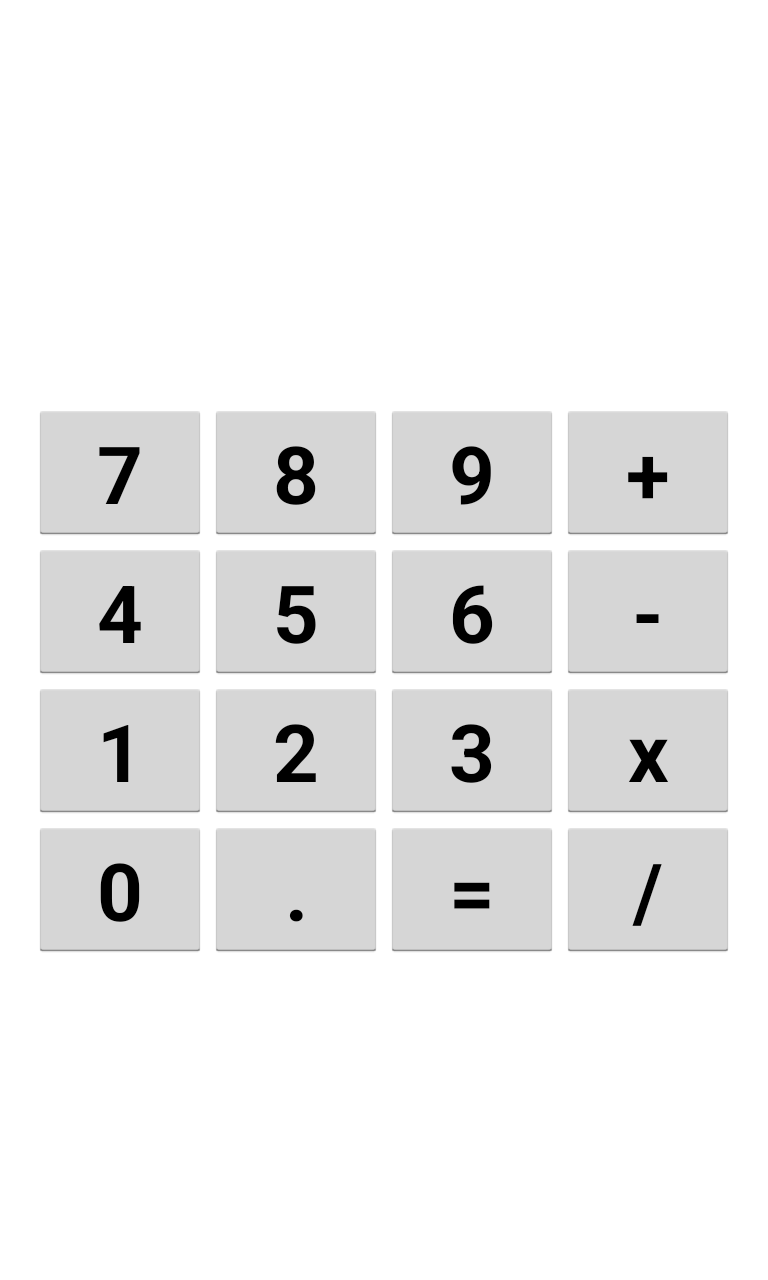
Repository: G3rcar/Android-I
Layout: SimpleCalculator/res/layout/activity_main.xml
These files come from the project's save history. The layout is drawn as it stood at one moment and after the next save; the edit follows.
It is drawn on a 768 x 1280 px phone screen (xhdpi) without system bars, with theme AppTheme; the app's code is not run.

Above is the layout before, as saved 2013-11-08 20:26:04.

After the next save:
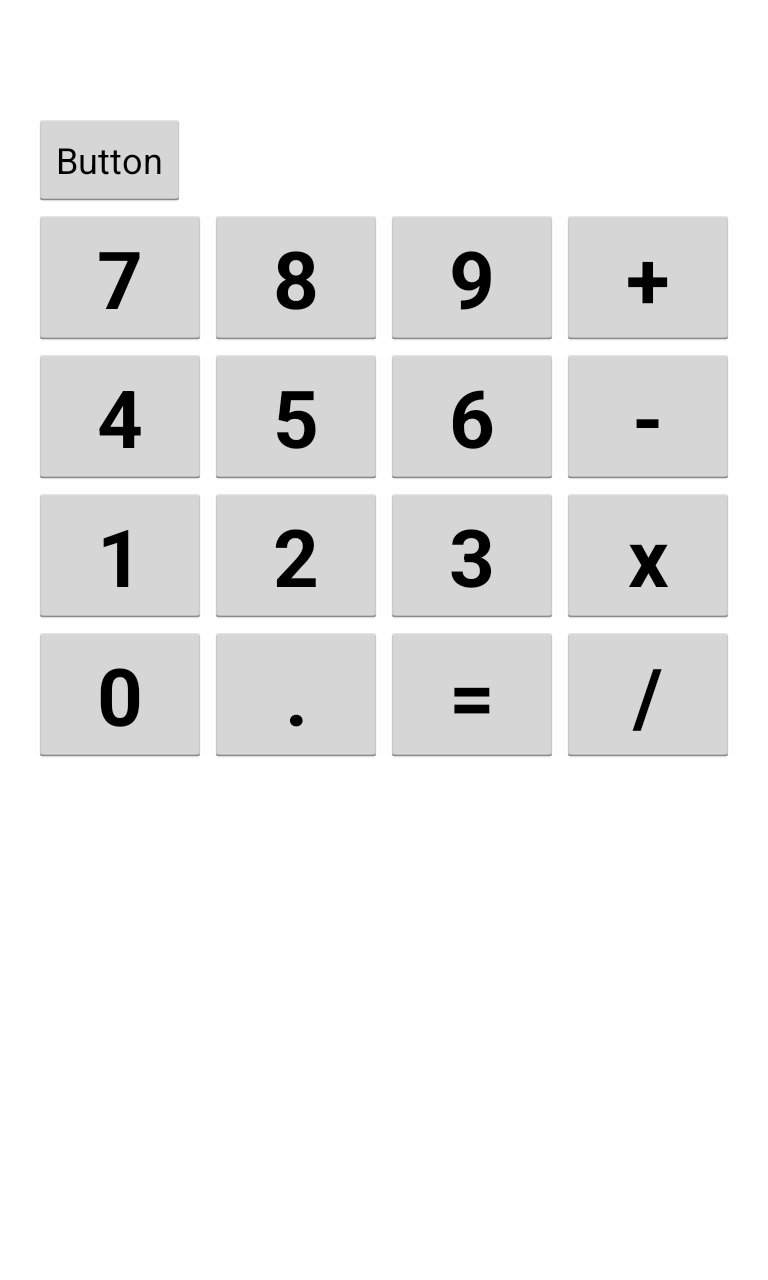
Saved 20 s later.
--- a/SimpleCalculator/res/layout/activity_main.xml
+++ b/SimpleCalculator/res/layout/activity_main.xml
@@ -26,7 +26,7 @@
 
               <TextView
                   android:id="@+id/txvResultado"
-                  android:layout_width="match_parent"
+                  android:layout_width="0dp"
                   android:layout_height="40dp" />
 
               <Button
